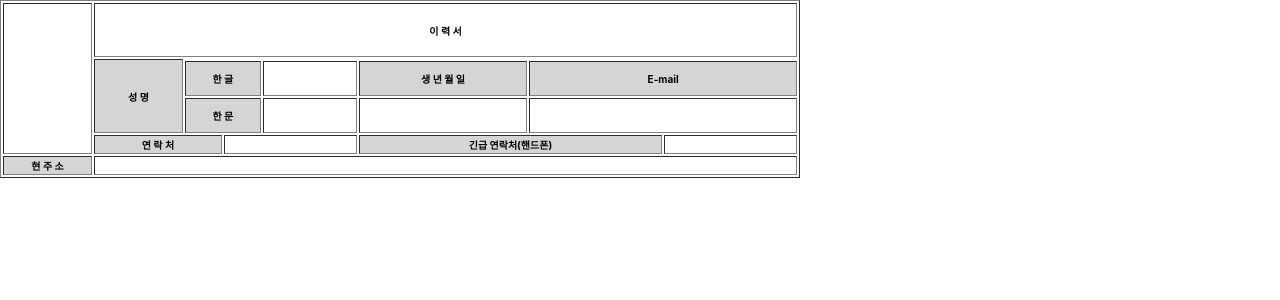
Repository: jiyeonyun/Resume
Page: / (app in resumes/)
The author's editor kept a copy of each file at every save. The page is drawn from the files as they stood at one save, then again after the next save.
The browser window is 1280 px wide. The pictures show the whole page.
The project was rebuilt for these pictures with package versions that can differ from the ones it lists, and the page was loaded fresh each time. Also part of the build but not shown: resumes/src/data/edudata.js, resumes/src/components/educationalHIstory/educational.jsx, resumes/src/components/footer/footer.jsx.

Above is the page before, as saved 2022-05-25 15:40:02.

### resumes/src/App.jsx
import { useState } from "react";
import styles from "./App.module.css";
import Educational from "./components/educationalHIstory/educational";
import Footer from "./components/footer/footer";
import PersonalInfo from "./components/personalInfo/personalInfo";
function App() {
  const [personalInfoData, setPersonalInfoData] = useState({
    name: "홍길동",
    birth: "1998-03-18",
    adress: "서울특별시 영등포구",
    email: "jyyun@zentropy.com",
    number: "010-2055-7663",
  });
  return (
    <div className="App">
      <PersonalInfo />
    </div>
  );
}

export default App;

### resumes/src/App.module.css
* {
  font-size: 10px;
}

### resumes/src/components/personalInfo/personalInfo.jsx
import React from "react";

const PersonalInfo = ({ personalInfoData }) => {
  return (
    <table border="1" width="800">
      <tr>
        <td rowspan="5" width="85" height="113">
          <img src="" alt="" />
        </td>
        <th colspan="9" height="50">
          <font size="5">이 력 서</font>
        </th>
      </tr>
      <tr>
        <th rowspan="3" width="85" height="70" bgcolor="D5D5D5">
          성 명
        </th>
      </tr>
      <tr>
        <th colspan="2" bgcolor="D5D5D5">
          한 글
        </th>
        <td width="90"></td>
        <th bgcolor="D5D5D5">생 년 월 일</th>
        <th colspan="2" width="80" bgcolor="D5D5D5">
          E-mail
        </th>
      </tr>
      <tr>
        <th colspan="2" bgcolor="D5D5D5">
          {" "}
          한 문
        </th>
        <td></td>
        <td></td>
        <td colspan="2"></td>
      </tr>
      <tr>
        <th colspan="2" width="50" bgcolor="D5D5D5">
          연 락 처
        </th>
        <td colspan="2"></td>
        <th colspan="2" width="50" bgcolor="D5D5D5">
          긴급 연락처(핸드폰)
        </th>
        <td colspan="2"></td>
      </tr>
      <tr>
        <th bgcolor="D5D5D5">현 주 소</th>
        <td colspan="8"></td>
      </tr>
    </table>
  );
};

export default PersonalInfo;

Loaded but not shown: resumes/public/index.html (common file); resumes/src/index.js (common file); resumes/src/index.css (common file); resumes/src/reportWebVitals.js (common file)

After the next save:
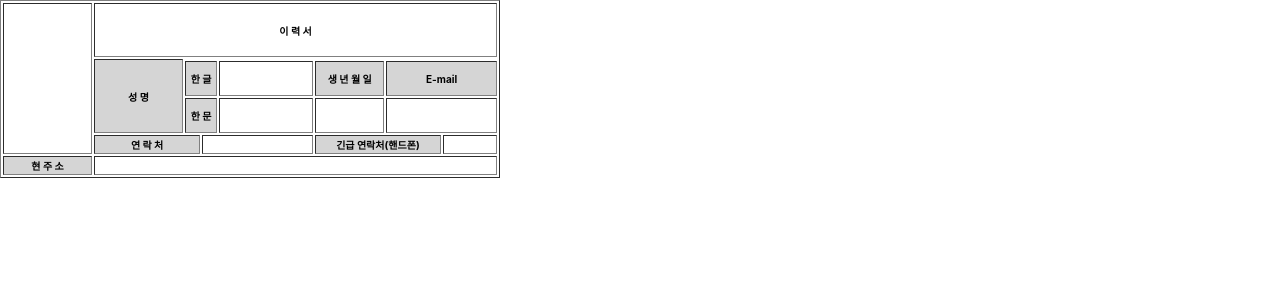
Saved 17 s later.
--- a/resumes/src/components/personalInfo/personalInfo.jsx
+++ b/resumes/src/components/personalInfo/personalInfo.jsx
@@ -2,7 +2,7 @@ import React from "react";
 
 const PersonalInfo = ({ personalInfoData }) => {
   return (
-    <table border="1" width="800">
+    <table border="1" width="500">
       <tr>
         <td rowspan="5" width="85" height="113">
           <img src="" alt="" />
